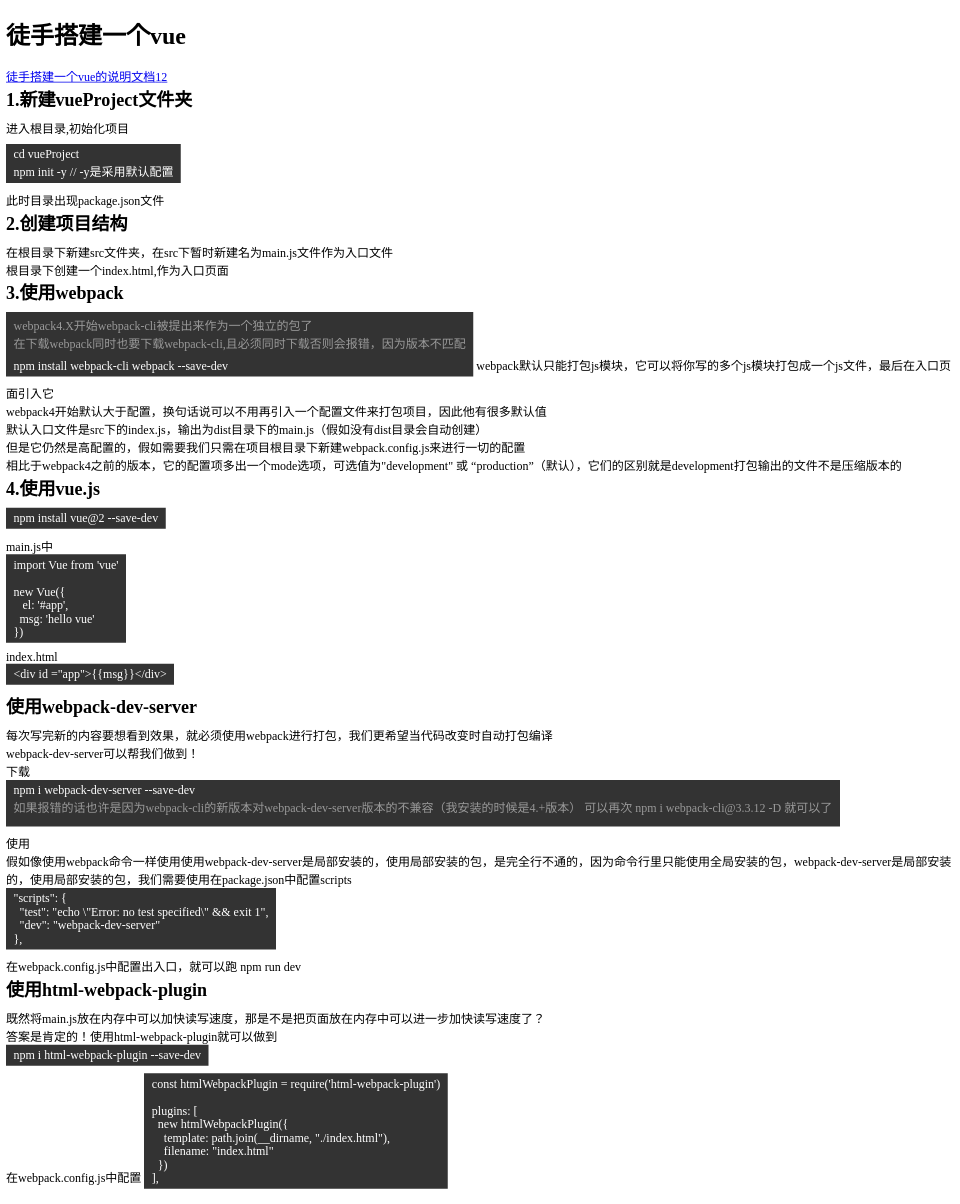
Repository: yuWhy/vue-build-cli
Page: /#/vueBuild
These files come from the project's save history. The page is drawn as it stood at one moment and after the next save; the edit follows.
The browser window is 1280 px wide. The pictures show the whole page, at 75% of full size.
The project was rebuilt for these pictures with package versions that can differ from the ones it lists, and the page was loaded fresh each time. Also part of the build but not shown: webpack.config.js, src/router/index.js.

Above is the page before, as saved 2021-02-19 17:03:32.

After the next save:
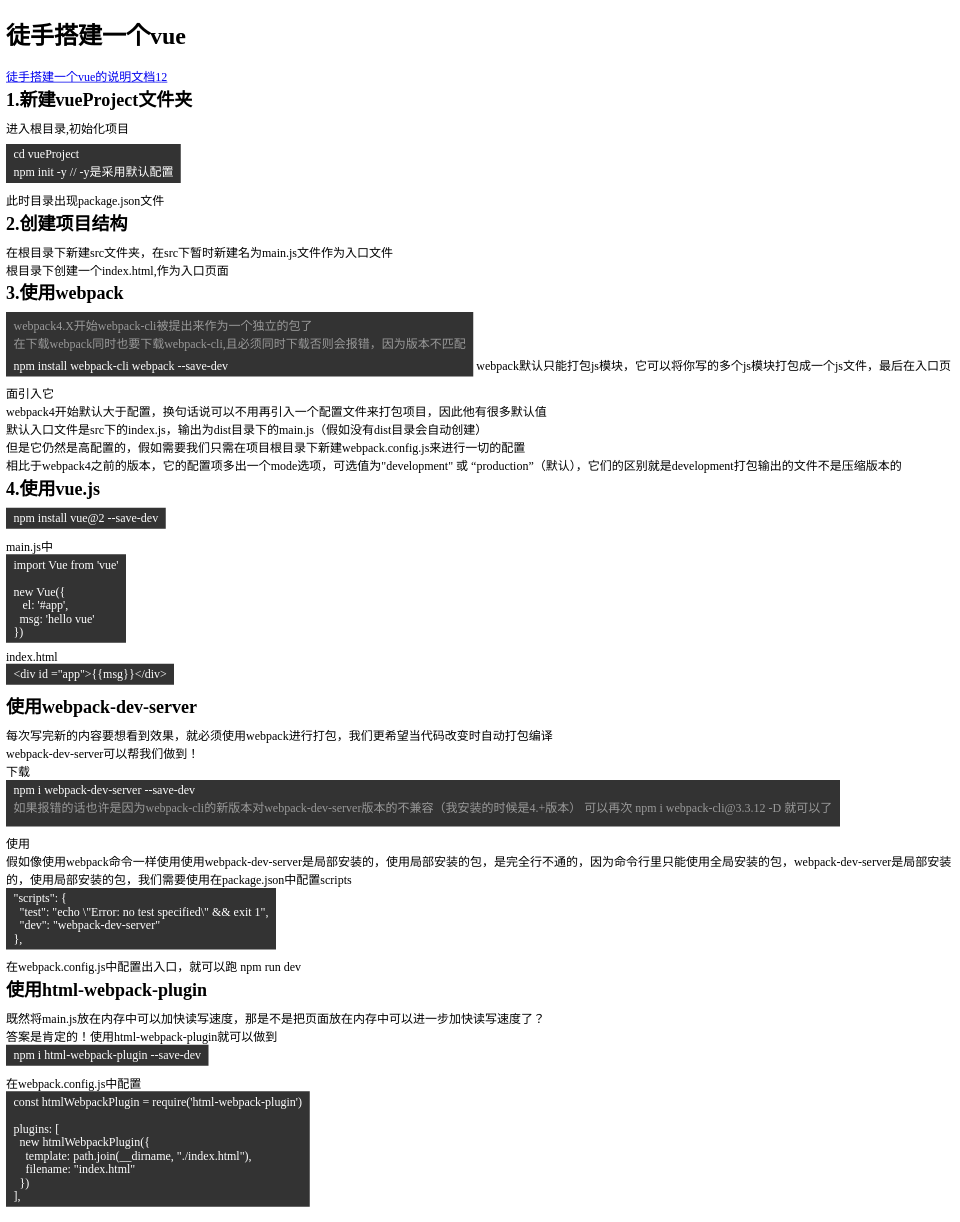
Saved 7 s later.
--- a/src/components/vue-build.vue
+++ b/src/components/vue-build.vue
@@ -55,7 +55,7 @@
     既然将main.js放在内存中可以加快读写速度，那是不是把页面放在内存中可以进一步加快读写速度了？<br>
     答案是肯定的！使用html-webpack-plugin就可以做到<br>
     <div class="dimk">npm i html-webpack-plugin --save-dev</div><br>
-    在webpack.config.js中配置
+    在webpack.config.js中配置<br>
     <div class="dimk">
         const htmlWebpackPlugin = require('html-webpack-plugin')<br>
         <br>
